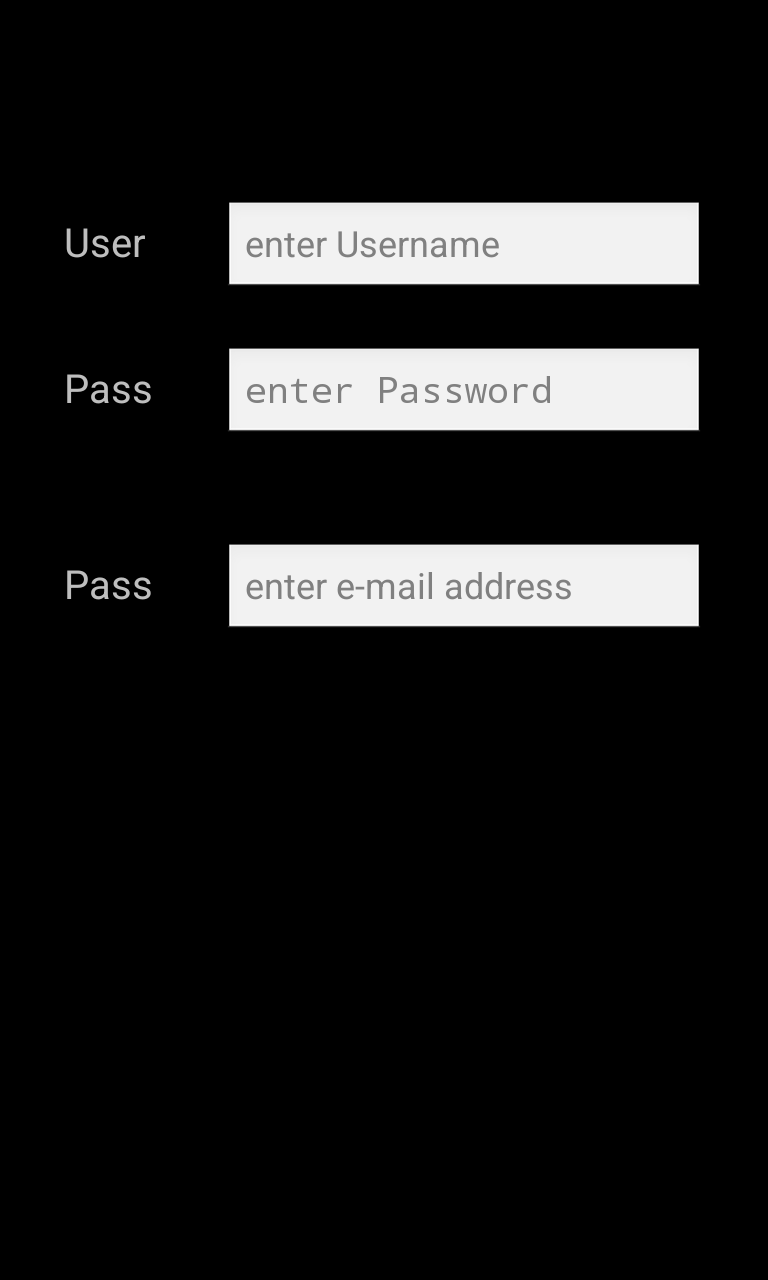
Repository: frebblegameteam/FrebbleApp
Layout: Frebble/libs/res/layout/activity_sign_up.xml
These files come from the project's save history. The layout is drawn as it stood at one moment and after the next save; the edit follows.
It is drawn on a 768 x 1280 px phone screen (xhdpi) without system bars, with theme android:Theme; the app's code is not run.

Above is the layout before, as saved 2014-09-19 08:14:07.

### Frebble/libs/res/layout/activity_sign_up.xml
<RelativeLayout xmlns:android="http://schemas.android.com/apk/res/android"
    xmlns:tools="http://schemas.android.com/tools"
    android:layout_width="match_parent"
    android:layout_height="match_parent"
    android:paddingLeft="@dimen/activity_horizontal_margin"
    android:paddingRight="@dimen/activity_horizontal_margin"
    tools:context="com.hollandhaptics.frebble.SignUpActivity" >

    <LinearLayout
        android:id="@+id/L00"
        android:layout_width="match_parent"
        android:layout_height="wrap_content"
        android:layout_marginTop="100dp"
        android:orientation="horizontal">

        <TextView android:layout_width="0dp"
       		android:layout_weight="1"
        	android:layout_height="wrap_content"
        	android:textSize="20sp"
        	android:text="@string/User"/>

        <EditText android:id="@+id/userField"
    	    android:layout_width="0dp"
        	android:layout_weight="3"
        	android:layout_height="wrap_content"
        	android:hint="@string/userHint"/>
        </LinearLayout>

        <LinearLayout android:id="@+id/L01"
        android:layout_width="match_parent"
        android:layout_height="wrap_content"
        android:layout_below="@id/L00"
        android:layout_marginTop="25dp"
        android:orientation="horizontal">

        <TextView android:layout_width="0dp"
            android:layout_weight="1"
        	android:layout_height="wrap_content"
        	android:textSize="20sp"
        	android:text="@string/Password"/>

        <EditText android:id="@+id/passwordField"
            android:inputType="textPassword"
            android:layout_width="0dp"
        	android:layout_weight="3"
        	android:layout_height="wrap_content"
        	android:hint="@string/passwordHint"/>
        </LinearLayout>

        <LinearLayout android:id="@+id/L02"
        android:layout_width="match_parent"
        android:layout_height="wrap_content"
        android:layout_below="@id/L01"
        android:layout_marginTop="50dp"
        android:orientation="horizontal">

        <TextView android:layout_width="0dp"
            android:layout_weight="1"
        	android:layout_height="wrap_content"
        	android:textSize="20sp"
        	android:text="@string/Password"/>

        <EditText android:id="@+id/emailField"
            android:inputType="textEmailAddress"
            android:layout_width="0dp"
        	android:layout_weight="3"
        	android:layout_height="wrap_content"
        	android:hint="@string/emailHint"/>

    </LinearLayout>

</RelativeLayout>

### Frebble/libs/res/values/dimens.xml
<resources>

    <!-- Default screen margins, per the Android Design guidelines. -->
    <dimen name="activity_horizontal_margin">32dp</dimen>
    <dimen name="activity_vertical_margin">32dp</dimen>

</resources>

### Frebble/libs/res/values/strings.xml
<?xml version="1.0" encoding="utf-8"?>
<resources>

    <string name="app_name">Frebble</string>
    <string name="action_settings">Settings</string>
    <string name="User">User</string>
    <string name="userHint">enter Username</string>
    <string name="Password">Pass</string>
    <string name="passwordHint">enter Password</string>
    <string name="loginText">Log in</string>
    <string name="noAccount">No account?</string>
    <string name="signupText">Sign up</string>
    <string name="title_activity_sign_up">Sign up</string>
    <string name="emailHint">enter e-mail address</string>

</resources>

Loaded but not shown: Frebble/libs/res/values-w820dp/dimens.xml (common file)

After the next save:
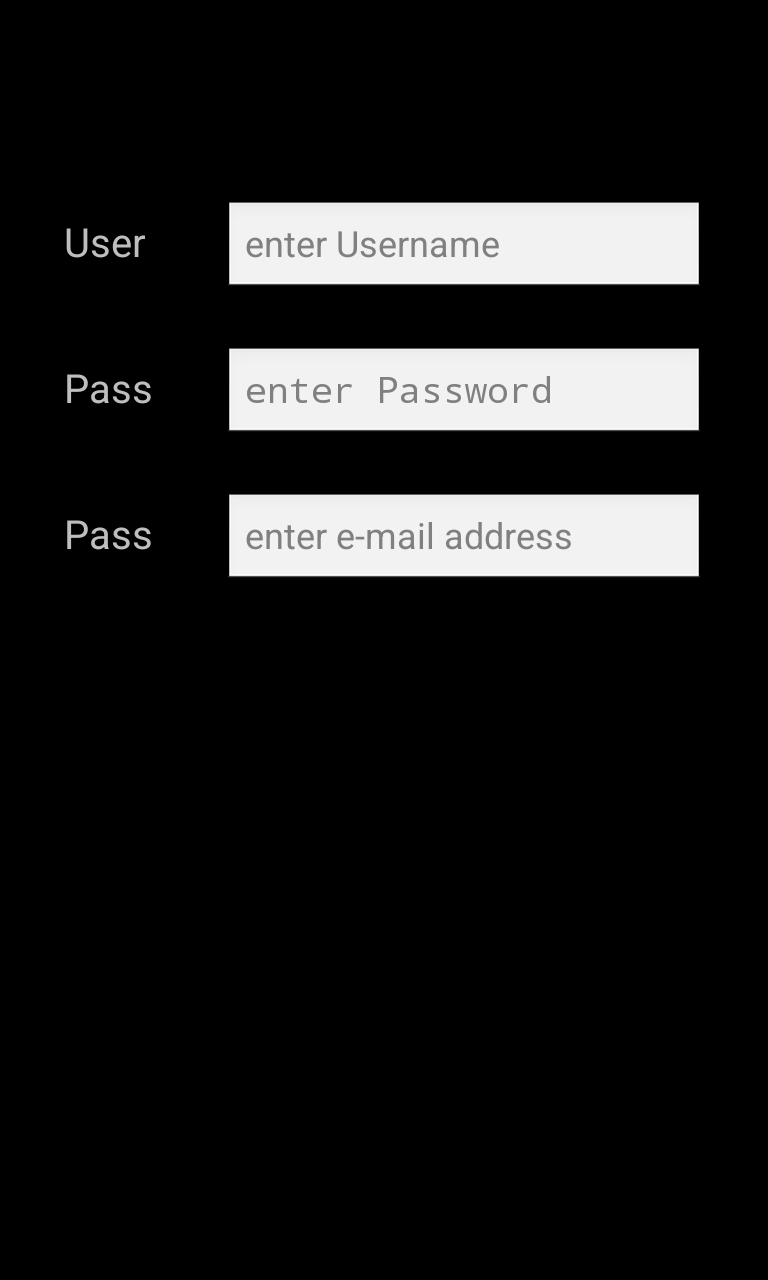
Saved 13 s later.
--- a/Frebble/libs/res/layout/activity_sign_up.xml
+++ b/Frebble/libs/res/layout/activity_sign_up.xml
@@ -51,7 +51,7 @@
         android:layout_width="match_parent"
         android:layout_height="wrap_content"
         android:layout_below="@id/L01"
-        android:layout_marginTop="50dp"
+        android:layout_marginTop="25dp"
         android:orientation="horizontal">
 
         <TextView android:layout_width="0dp"
